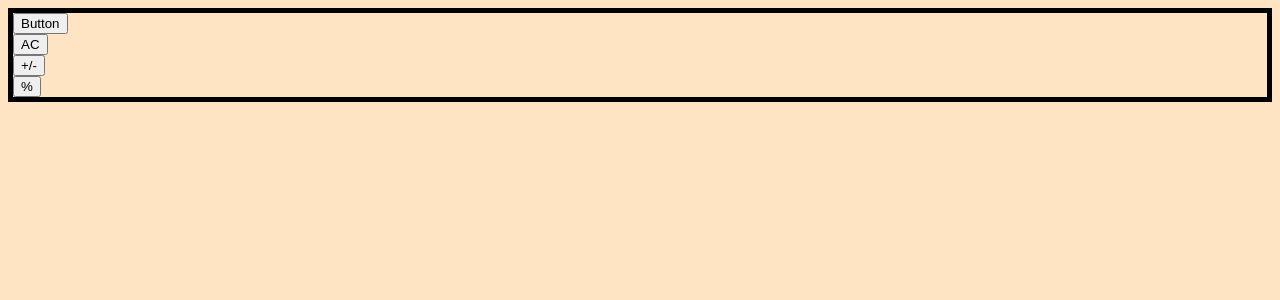
Repository: noahcallen/LAB-calculator
Page: index.html
An editor plug-in stored every save of this project. The page is shown before and after the next save, followed by the edit.
The browser window is 1280 px wide. The pictures show the whole page.

Above is the page before, as saved 2024-07-09 21:20:17.

After the next save:
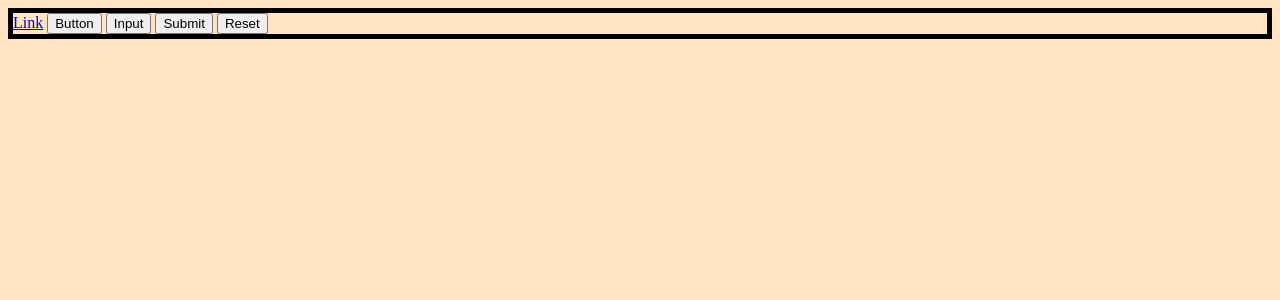
Saved 38 s later.
--- a/index.html
+++ b/index.html
@@ -12,18 +12,11 @@
   <div class="outline">
 
     <div>
+      <a class="btn btn-primary" href="#" role="button">Link</a>
       <button class="btn btn-primary" type="submit">Button</button>
-      <div class="button1">
-        <input class="btn btn-primary" type="reset" value="AC">
-      </div>
-
-      <div class="button2">
-        <input class="btn btn-primary" type="reset" value="+/-">
-      </div>
-
-      <div class="button3">
-        <input class="btn btn-primary" type="reset" value="%">
-      </div>
+      <input class="btn btn-primary" type="button" value="Input">
+      <input class="btn btn-primary" type="submit" value="Submit">
+      <input class="btn btn-primary" type="reset" value="Reset">
     </div>
 
 
